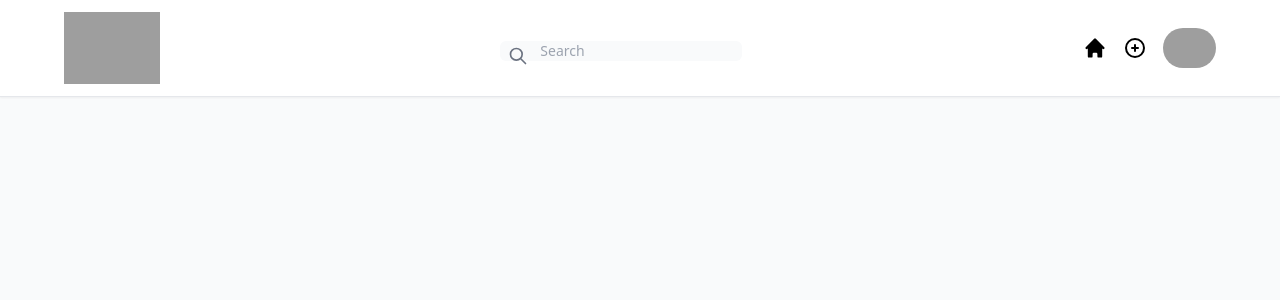
Repository: Mardoqueu/insta-v1
Page: /
An editor plug-in stored every save of this project. The page is shown before and after the next save, followed by the edit.
The browser window is 1280 px wide. The pictures show the whole page.
Pictures or frames that could not be fetched are drawn as grey boxes. The project was rebuilt for these pictures with package versions that can differ from the ones it lists, and the page was loaded fresh each time. The framework's server and built-in components were replaced by stand-ins that run in the browser. Also part of the build but not shown: next.config.js, styles/Home.module.css.

Above is the page before, as saved 2022-08-25 11:10:57.

### pages/index.js
import Head from 'next/head'
import styles from '../styles/Home.module.css'
import Header from './components/Header'

export default function Home() {
  return (
    <div className="bg-gray-50 min-h-screen">
      <Head>
        <title>Instagram App</title>
        <meta name="description" content="Generated by create next app" />
        <link rel="icon" href="/favicon.ico" />
      </Head>
    {/*Head*/}
    <Header/>

    {/*Feed*/}

    {/*Modal*/}

    </div>
  )
}

### pages/components/Header.js
import Image from "next/image";
import React from "react";
import { SearchIcon, PlusCircleIcon } from "@heroicons/react/outline";
import {HomeIcon} from "@heroicons/react/solid"
export default function Header() {
  return (
    <div className="shadow-sm border-b sticky top-0 bg-white z-30">
      <div className="flex items-center justify-between max-w-6xl mx-4 xl:mx-auto">
        {/* Left */}
        <div className="cursor-pointer h-24 w-24 relative hidden lg:inline-grid">
          <Image
            src="http://www.jennexplores.com/wp-content/uploads/2015/09/Instagram_logo_black.png"
            layout="fill"
            className="object-contain"
          />
        </div>
        <div className="cursor-pointer h-24 w-10 relative  lg:hidden">
          <Image
            src="https://upload.wikimedia.org/wikipedia/commons/thumb/e/e7/Instagram_logo_2016.svg/800px-Instagram_logo_2016.svg.png"
            layout="fill"
            className="object-contain"
          />
        </div>
        {/* Middle */}

        <div className="relative mt-1">
          <div className="absolute top-2 left-2">
          <SearchIcon  className="h-5 text-gray-500" />
          </div>
          <input type="text" placeholder="Search" className="bg-gray-50 pl-10 border-gray-500 text-sm focus:ring-black focus:border-black rounded-md"/>
        </div>

      {/* Right */}

      <div className="flex space-x-4 items-center">
        <HomeIcon className="hidden md:inline-flex h-6 cursor-pointer hover:scale-125 transition-transform duration-200 ease-out"/>
        <PlusCircleIcon className="h-6 cursor-pointer hover:scale-125 transition-transform duration-200 ease-out"/>
        <img src="https://media-exp1.licdn.com/dms/image/C4E03AQF1Icbg9ibKSQ/profile-displayphoto-shrink_800_800/0/1656524327808?e=1666828800&v=beta&t=qOGUdHrse_LvKkpyy9nUz7tCnRiXEGOzRBQ0KfwyR1o" alt="user-img" className="h-10 rounded-full cursor-pointer" />
      </div>
      </div>
    </div>
  );
}

Loaded but not shown: pages/_app.js (common file); styles/globals.css (common file); tailwind.config.js (common file)

After the next save:
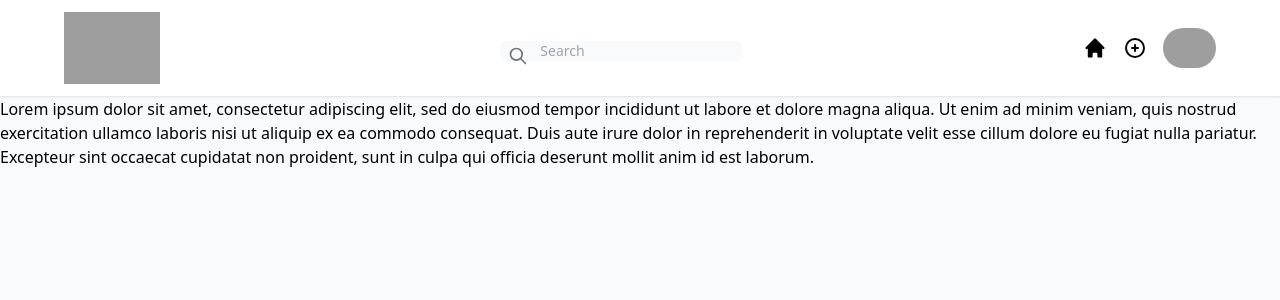
Saved 97 s later.
--- a/pages/index.js
+++ b/pages/index.js
@@ -14,7 +14,7 @@
     <Header/>
 
     {/*Feed*/}
-
+    <p>Lorem ipsum dolor sit amet, consectetur adipiscing elit, sed do eiusmod tempor incididunt ut labore et dolore magna aliqua. Ut enim ad minim veniam, quis nostrud exercitation ullamco laboris nisi ut aliquip ex ea commodo consequat. Duis aute irure dolor in reprehenderit in voluptate velit esse cillum dolore eu fugiat nulla pariatur. Excepteur sint occaecat cupidatat non proident, sunt in culpa qui officia deserunt mollit anim id est laborum.</p>
     {/*Modal*/}
 
     </div>
